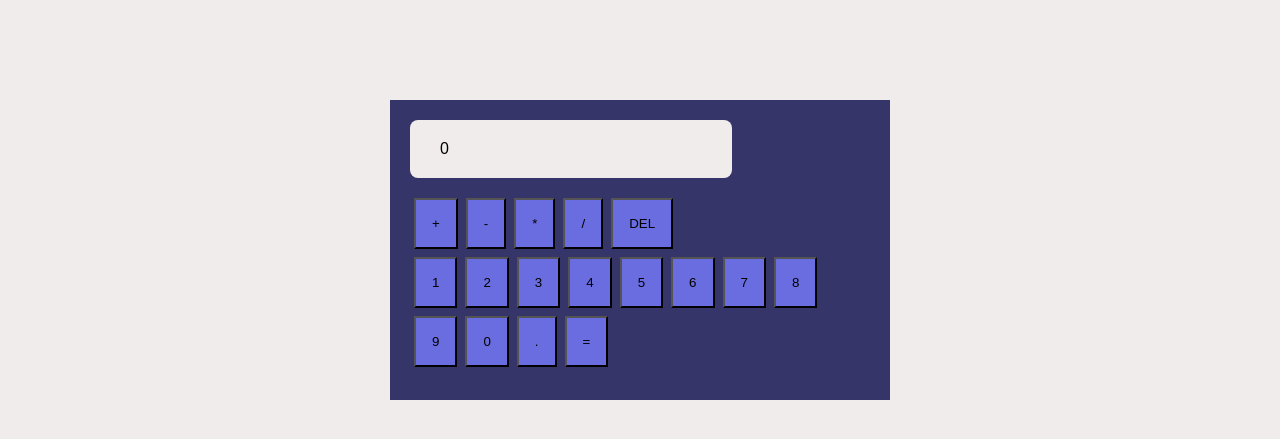
Repository: Bishek666/simple-calculator
Page: /
An editor plug-in stored every save of this project. The page is shown before and after the next save, followed by the edit.
The browser window is 1280 px wide. The pictures show the whole page.
The project was rebuilt for these pictures with package versions that can differ from the ones it lists, and the page was loaded fresh each time.

Above is the page before, as saved 2021-10-20 17:45:32.

### src/index.css
:root {
    --primary: #030546c9;
    --secondary: #797dffc9;
    --dark: #0908088a;
    --light: rgb(240, 236, 236);
}

* {
    margin: 0;
    padding: 0;
    box-sizing: border-box;
    font-family: sans-serif;
}

body {
    background-color: var(--light);
}

button {
    padding: 1rem;
    margin: 4px;
    background-color: var(--secondary);
    outline: none;
}

.container-calculator {
    display: flex;
    flex-direction: column;
    align-items: start;
    justify-content: start;
    background-color: var(--primary);
    height: 300px;
    width: 500px;
    margin: 100px auto;
    padding: 20px;
}

.display-calculation {
    padding: 20px 30px;
    width: 70%;
    background-color: var(--light);
    border-radius: 8px;
    margin-bottom: 1rem;
}

### src/App.js
function App() {
    const addDigits = () => {
        const digits = [];

        for (let i = 1; i < 10; i++) {
            digits.push(<button key={i}>{i}</button>);
        }

        return digits;
    };
    return (
        <div className='container-calculator'>
            <div className='display-calculation'>0</div>
            <div className='operators'>
                <button>+</button>
                <button>-</button>
                <button>*</button>
                <button>/</button>
                <button>DEL</button>
            </div>
            <div className='digits'>
                {addDigits()}
                <button>0</button>
                <button>.</button>
                <button>=</button>
            </div>
        </div>
    );
}

export default App;

Loaded but not shown: public/index.html (common file); src/index.js (common file)

After the next save:
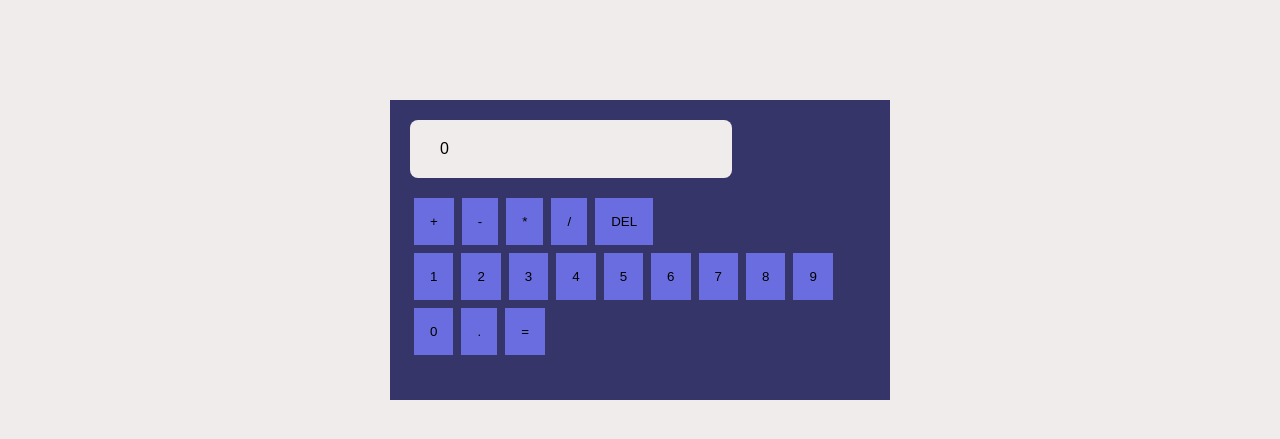
Saved 9 s later.
--- a/src/index.css
+++ b/src/index.css
@@ -21,6 +21,7 @@ button {
     margin: 4px;
     background-color: var(--secondary);
     outline: none;
+    border: transparent;
 }
 
 .container-calculator {
